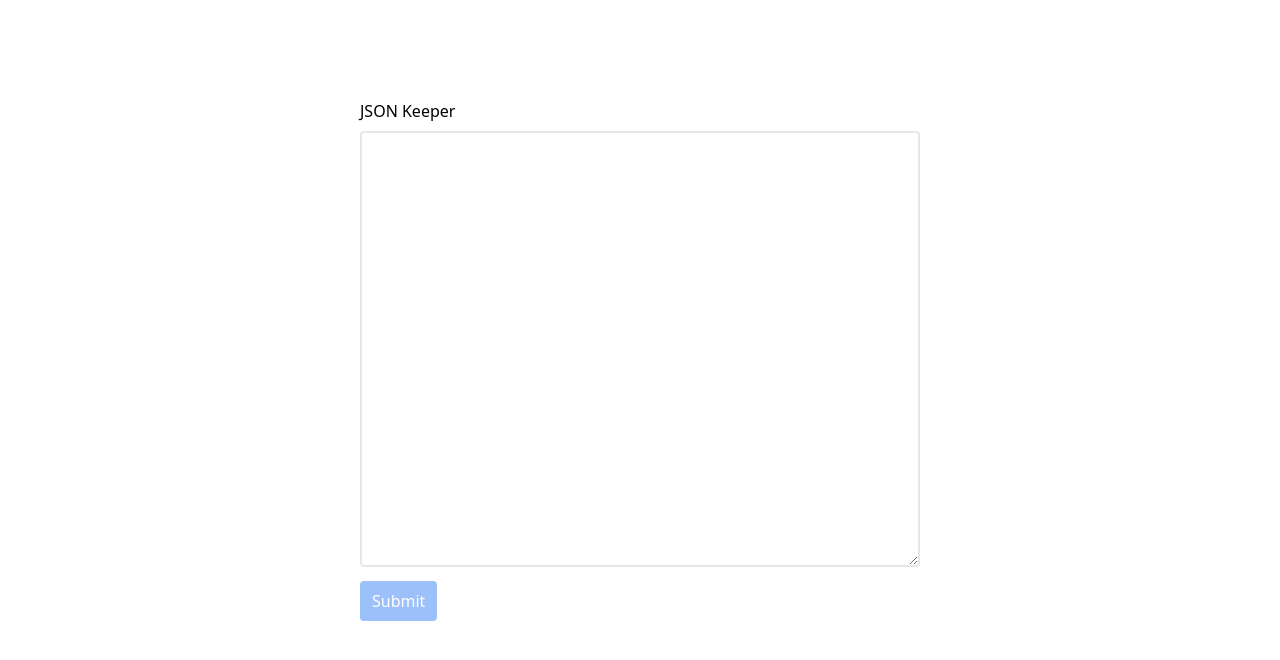
Repository: lakshithapramodya/jsonhub
Page: / (app in client/)
An editor plug-in stored every save of this project. The page is shown before and after the next save, followed by the edit.
The browser window is 1280 px wide. The pictures show the whole page.
The page's requests for data from a server got no answer. The project was rebuilt for these pictures with package versions that can differ from the ones it lists, and the page was loaded fresh each time. No one was signed in, and anything a server would have sent is missing. Also part of the build but not shown: client/src/HandleJsonData.js.

Above is the page before, as saved 2023-05-10 12:14:11.

After the next save:
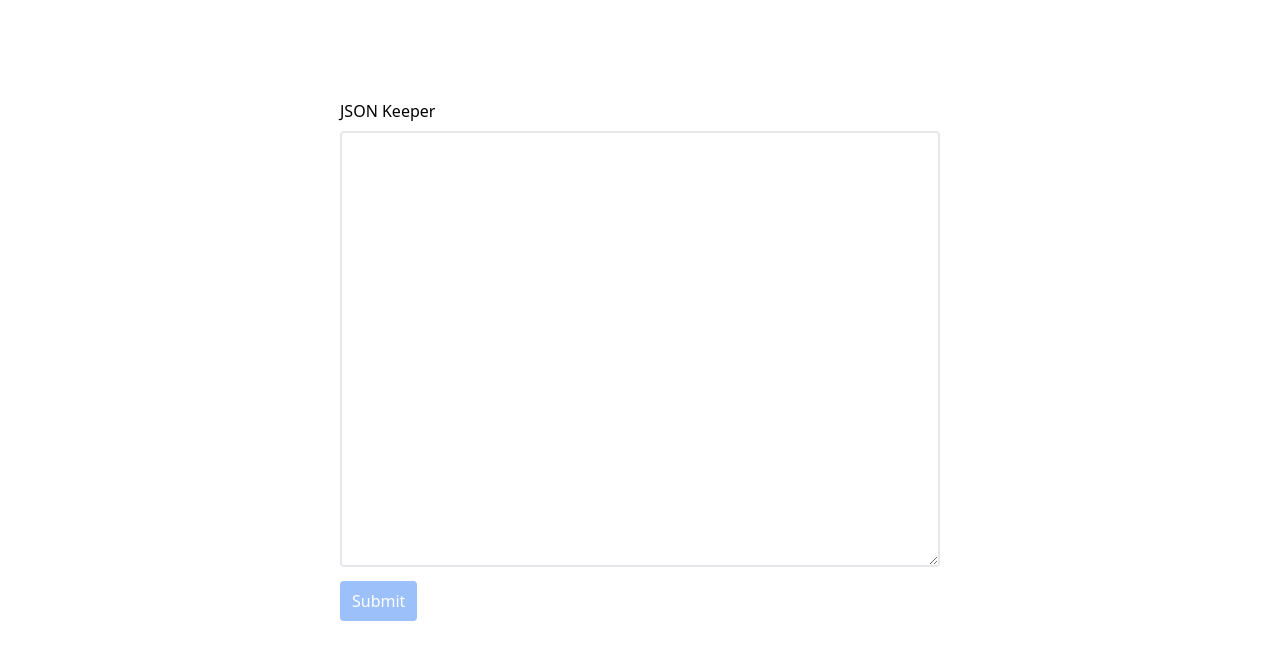
Saved 26 s later.
--- a/client/src/App.js
+++ b/client/src/App.js
@@ -41,7 +41,7 @@ function App() {
         <a href={`${SERVER_ENDPOINT}/${url}`}>{`${SERVER_ENDPOINT}/${url}`}</a>
       )}
       <div className="flex flex-col m-auto w-full md:w-1/2 items-center justify-center">
-        <form onSubmit={handleSubmit} className="w-full space-y-2 px-10">
+        <form onSubmit={handleSubmit} className="w-full space-y-2 px-5">
           <h1 className="">JSON Keeper</h1>
           <textarea
             onChange={(e) => setInput(e.target.value)}
